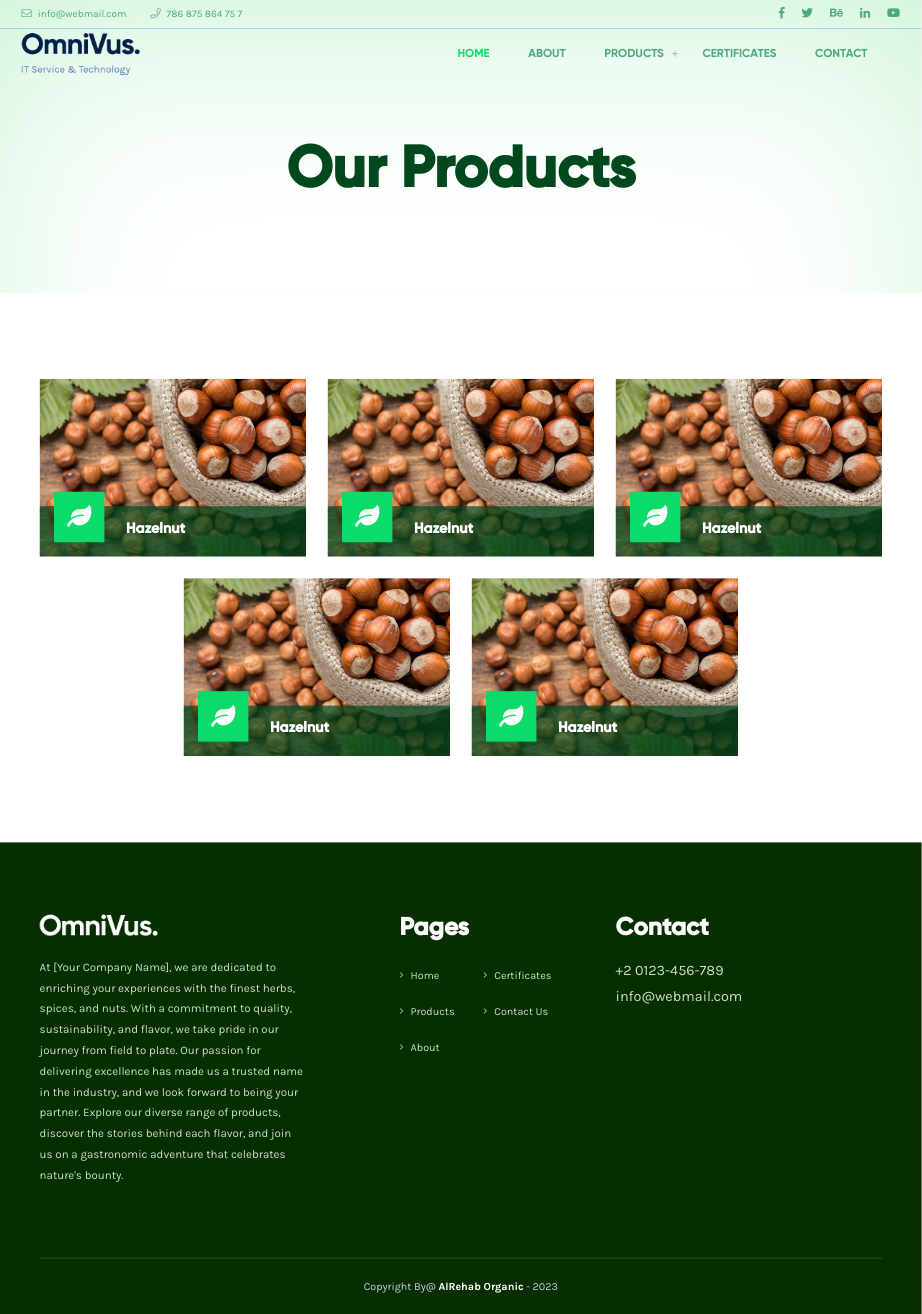
Repository: ziadmoh/alrehab-organic
Page: products.html
The author's editor kept a copy of each file at every save. The page is drawn from the files as they stood at one save, then again after the next save.
The browser window is 1280 px wide. The pictures show the whole page, at 72% of full size.
The style sheet was rebuilt from its Sass, Less or Tailwind sources for each picture, by a compiler version that may differ from the author's.

Above is the page before, as saved 2023-09-26 12:17:34.

### products.html
<!DOCTYPE html>
<html lang="zxx">

<head>
    <!--====== Required meta tags ======-->
    <meta charset="utf-8" />
    <meta http-equiv="x-ua-compatible" content="ie=edge" />
    <meta name="description" content="" />
    <meta name="viewport" content="width=device-width, initial-scale=1, shrink-to-fit=no" />

    <!--====== Title ======-->
    <title> Herbs and Spices Exporter | AlRehab Organic </title>
    <!--====== Favicon Icon ======-->
    <link rel="shortcut icon" href="assets/img/favicon.ico" type="img/png" />
    <!--====== Bootstrap css ======-->
    <link rel="stylesheet" href="assets/css/bootstrap.min.css" />
    <!--====== Slick Slider ======-->
    <link rel="stylesheet" href="assets/css/slick.css" />
    <!--====== Magnific ======-->
    <link rel="stylesheet" href="assets/css/magnific-popup.css" />
    <!--====== Animate CSS ======-->
    <link rel="stylesheet" href="assets/css/animate.min.css" />
    <!--====== Font Awesome ======-->
    <link rel="stylesheet" href="assets/css/font-awesome.min.css" />
    <!--====== Main Css ======-->
    <link rel="stylesheet" href="assets/css/style.css" />
</head>

<body>
    <!--====== Preloader Start ======-->
    <div id="preloader">
        <div class="loader-cubes">
            <div class="loader-cube1 loader-cube"></div>
            <div class="loader-cube2 loader-cube"></div>
            <div class="loader-cube4 loader-cube"></div>
            <div class="loader-cube3 loader-cube"></div>
        </div>
    </div>
    <!--====== Preloader End ======-->

    <!--====== Header Part Start ======-->
    <header class="header-two header-full-width sticky-header">
        <div class="header-topbar d-none d-sm-block">
            <div class="container-fluid">
                <div class="row align-items-center justify-content-between">
                    <div class="col-sm-auto col-12">
                        <ul class="contact-info text-center">
                            <li><a href="#"><i class="fal fa-envelope"></i> info@webmail.com</a></li>
                            <li><a href="#"><i class="fal fa-phone"></i> 786 875 864 75 7</a></li>
                        </ul>
                    </div>
                    <div class="col-sm-auto col-12">
                        <div class="social-icon text-center">
                            <ul>
                                <li><a href="#"><i class="fab fa-facebook-f"></i></a></li>
                                <li><a href="#"><i class="fab fa-twitter"></i></a></li>
                                <li><a href="#"><i class="fab fa-behance"></i></a></li>
                                <li><a href="#"><i class="fab fa-linkedin-in"></i></a></li>
                                <li><a href="#"><i class="fab fa-youtube"></i></a></li>
                            </ul>
                        </div>
                    </div>
                </div>
            </div>
        </div>
        <div class="header-navigation">
            <div class="container-fluid d-flex align-items-center justify-content-between">
                <div class="header-left">
                    <div class="site-logo">
                        <a href="index.html"><img src="assets/img/logo-2.png" alt="Omnivus"></a>
                    </div>
                </div>
                <div class="header-right d-flex align-items-center justify-content-end">
                    <div class="site-nav-menu">
                        <ul class="primary-menu">
                            <li class="current">
                                <a class="nav-link" href="index-3.html">Home</a>

                            </li>
                            <li>
                                <a class="nav-link" href="about.html">About</a>
                            </li>
                            <li>
                                <a href="#">Products</a>
                                <ul class="submenu">
                                    <li><a href="nuts.html">Nuts</a></li>
                                    <li><a href="herbs.html">Herbs</a></li>
                                    <li><a href="spices.html">Spices</a></li>
                                    <!-- <li><a href="products-details.html">Services Details</a></li> -->
                                </ul>
                            </li>

                            <li>
                                <a class="nav-link" href="certificates.html">Certificates</a>
                            </li>
                            <li>
                                <a href="contact.html">Contact</a>
                            </li>
                        </ul>
                        <a href="#" class="nav-close"><i class="fal fa-times"></i></a>
                    </div>
                    <div class="header-extra d-flex align-items-center">
                        <div class="nav-toggler">
                            <span></span><span></span><span></span>
                        </div>
                    </div>
                </div>

            </div>
        </div>
    </header>
    <!--====== Header Part End ======-->

    <!--====== Page Title start ======-->
    <section class="page-title-area">
        <div class="container">
            <h2 class="title">Our Products</h2>
        </div>
    </section>
    <!--====== Page Title End ======-->

    <!--====== Service Section Start ======-->
    <section class="service-section-two section-gap-top pb-90">
        <div class="container">
            <div class="row service-items justify-content-center">
                <div class="col-lg-4 col-md-6 col-sm-8">
                    <div class="service-item-eight mb-30">
                        <div class="service-img">
                            <img src="assets/img/products/hazelnut.jpg" alt="Image">
                        </div>
                        <div class="services-overlay">
                            <div class="icon"><i class="fas fa-leaf"></i></div>
                            <h4 class="title"><a href="#">Hazelnut</a></h4>
                            <p>Lorem ipsum dolor sit amet consectetur adipisicing elit. Debitis harum tenetur eligendi explicabo, natus excepturi.</p>
                        </div>
                    </div>
                </div>
                <div class="col-lg-4 col-md-6 col-sm-8">
                    <div class="service-item-eight mb-30">
                        <div class="service-img">
                            <img src="assets/img/products/hazelnut.jpg" alt="Image">
                        </div>
                        <div class="services-overlay">
                            <div class="icon"><i class="fas fa-leaf"></i></div>
                            <h4 class="title"><a href="#">Hazelnut</a></h4>
                            <p>Lorem ipsum dolor sit amet consectetur adipisicing elit. Debitis harum tenetur eligendi explicabo, natus excepturi.</p>
                        </div>
                    </div>
                </div>
                <div class="col-lg-4 col-md-6 col-sm-8">
                    <div class="service-item-eight mb-30">
                        <div class="service-img">
                            <img src="assets/img/products/hazelnut.jpg" alt="Image">
                        </div>
                        <div class="services-overlay">
                            <div class="icon"><i class="fas fa-leaf"></i></div>
                            <h4 class="title"><a href="#">Hazelnut</a></h4>
                            <p>Lorem ipsum dolor sit amet consectetur adipisicing elit. Debitis harum tenetur eligendi explicabo, natus excepturi.</p>
                        </div>
                    </div>
                </div>
                <div class="col-lg-4 col-md-6 col-sm-8">
                    <div class="service-item-eight mb-30">
                        <div class="service-img">
                            <img src="assets/img/products/hazelnut.jpg" alt="Image">
                        </div>
                        <div class="services-overlay">
                            <div class="icon"><i class="fas fa-leaf"></i></div>
                            <h4 class="title"><a href="#">Hazelnut</a></h4>
                            <p>Lorem ipsum dolor sit amet consectetur adipisicing elit. Debitis harum tenetur eligendi explicabo, natus excepturi.</p>
                        </div>
                    </div>
                </div>
                <div class="col-lg-4 col-md-6 col-sm-8">
                    <div class="service-item-eight mb-30">
                        <div class="service-img">
                            <img src="assets/img/products/hazelnut.jpg" alt="Image">
                        </div>
                        <div class="services-overlay">
                            <div class="icon"><i class="fas fa-leaf"></i></div>
                            <h4 class="title"><a href="#">Hazelnut</a></h4>
                            <p>Lorem ipsum dolor sit amet consectetur adipisicing elit. Debitis harum tenetur eligendi explicabo, natus excepturi.</p>
                        </div>
                    </div>
                </div>

            </div>
        </div>
    </section>
    <!--====== Service Section End ======-->


    <!--====== Back to top start ======-->
    <div class="back-to-top">
        <a href="#"> <i class="fas fa-arrow-up"></i> </a>
    </div>
    <!--====== Back to top start ======-->

    <!--====== Footer PART START ======-->
    <footer class="footer-area">
        <div class="container">
            <div class="row footer-widgets">
                <div class="col-lg-4 col-md-6 col-md-7">
                    <div class="widget about-widget">
                        <div class="logo">
                            <img src="assets/img/logo-1.1.png" alt="">
                        </div>
                        <p>At [Your Company Name], we are dedicated to enriching your experiences with the finest herbs, spices, and nuts. With a commitment to quality, sustainability, and flavor, we take pride in our journey from field to plate. Our passion for delivering excellence has made us a trusted name in the industry, and we look forward to being your partner. Explore our diverse range of products, discover the stories behind each flavor, and join us on a gastronomic adventure that celebrates nature's bounty.</p>

                    </div>
                </div>
                <div class="col-lg-3 col-md-6 offset-xl-1">
                    <div class="widget nav-widget">
                        <h4 class="widget-title">Pages</h4>
                        <div class="footer-list">
                            <ul>
                                <li><a href="index.html"><i class="fal fa-angle-right"></i> Home</a></li>
                                <li><a href="products.html"><i class="fal fa-angle-right"></i> Products</a></li>
                                <li><a href="about.html"><i class="fal fa-angle-right"></i> About</a></li>

                            </ul>
                            <ul>
                                <li><a href="certificates.html"><i class="fal fa-angle-right"></i> Certificates</a></li>
                                <li><a href="contact.html"><i class="fal fa-angle-right"></i> Contact Us</a></li>

                            </ul>
                        </div>
                    </div>
                </div>
                <div class="col-lg-4 col-md-6 col-md-6">
                    <div class="widget contact-widget">
                        <h4 class="widget-title">Contact</h4>
                        <ul>

                            <li>+2 0123-456-789</li>
                            <li>info@webmail.com</li>
                        </ul>
                    </div>
                </div>
            </div>
            <div class="footer-copyright">
                <p>Copyright By@ <a href="#">AlRehab Organic</a> - 2023</p>
            </div>
        </div>
    </footer>
    <!--====== Footer PART ENDS ======-->

    <!--====== Jquery ======-->
    <script src="assets/js/jquery-1.12.4.min.js"></script>
    <!--====== Bootstrap ======-->
    <script src="assets/js/bootstrap.bundle.min.js"></script>
    <!--====== Slick slider ======-->
    <script src="assets/js/slick.min.js"></script>
    <!--====== Magnific ======-->
    <script src="assets/js/jquery.magnific-popup.min.js"></script>
    <!--====== Isotope ======-->
    <script src="assets/js/isotope.pkgd.min.js"></script>
    <!--====== Imagesloaded ======-->
    <script src="assets/js/imagesloaded.pkgd.min.js"></script>
    <!--====== Inview ======-->
    <script src="assets/js/jquery.inview.min.js"></script>
    <!--====== Easy Pie Chart ======-->
    <script src="assets/js/jquery.easypiechart.min.js"></script>
    <!--====== Syotimer ======-->
    <script src="assets/js/jquery.syotimer.min.js"></script>
    <!--====== Wow ======-->
    <script src="assets/js/wow.min.js"></script>
    <!--====== Main JS ======-->
    <script src="assets/js/main.js"></script>
</body>

</html>

### assets/scss/style.scss
/*-----------------------------------------------------------------------------------
    Template Name: Omnivus - IT Solutions & Digital Services HTML5 Template
    Template URI: https://webtend.net/demo/html/omnivus/
    Author: WebTend
    Author URI:  https://webtend.net/
    Version: 1.0

    Note: This is Main Style Scss File.
-----------------------------------------------------------------------------------
	CSS INDEX
	===================
    01. Common
    02. Header
    03. Banner
    04. Service
    05. Feature
    05. Portdolio
    07. Counter
    08. Team
    09. Testimonial
    10. Call to action
    11. Latest Post
    12. About
    13. Why Choose
    14. Contact
    15. Intro Video
    16. Accordion
    17. history
    18. Brand
    19. Page title
    20. Shop
    21. Blog
    22. Pricing
    23. Tile Gallery
    24. Comming Soon
    25. Privacy
-----------------------------------------------------------------------------------*/

@import "variables";
@import "common";
@import "header";
@import "banner";
@import "service";
@import "feature";
@import "portfolio";
@import "counter";
@import "team";
@import "testimonial";
@import "cta";
@import "latest-news";
@import "about";
@import "why-choose";
@import "contact";
@import "intro-video";
@import "accordion";
@import "history";
@import "brand";
@import "footer";
@import "page-title";
@import "shop";
@import "blog";
@import "pricing";
@import "tile-gallery";
@import "coming-soon";
@import "privacy";

### assets/scss/_brand.scss
/*=======  Brand Slider  =======*/
.brand-slider {
    .brand-item {
        text-align: center;

        a {
            opacity: 0.2;

            &:hover {
                opacity: 1;
            }
        }

        &.full-opacity a{
            opacity: 1;
        }
    }

    .slick-track {
        display: flex;
        align-items: center;
    }
}

### assets/scss/_page-title.scss
/*=======  Page Title  =======*/
.page-title-area {
    background: #a9ecbb96;
    position: relative;
    z-index: 1;
    text-align: center;
    padding-top: 190px;
    padding-bottom: 110px;

    @include respond-below(sm) {
        padding-top: 180px;
    }

    &::before {
        position: absolute;
        content: "";
        top: 0;
        left: 0;
        width: 100%;
        height: 100%;
        background-image: url(../img/banner/banner-gradient-bg-2.png);
        background-repeat: no-repeat;
        background-size: cover;
        background-position: center;
        z-index: -1;
    }

    .title {
        font-size: 80px;
        margin-bottom: 10px;

        @include respond-below(lg) {
            font-size: 62px;
        }

        @include respond-below(sm) {
            font-size: 38px;
        }
    }

    .breadcrumb-nav {
        display: flex;
        justify-content: center;

        li {
            font-size: 24px;
            font-weight: 700;
            position: relative;
            line-height: 1;

            @include respond-below(sm) {
                font-size: 18px;
            }

            &:not(:last-child) {
                &::after {
                    content: "|";
                    margin: 0 8px;
                }
            }

            &,
            a {
                color: #69a1bb;
            }
        }
    }
}

### assets/scss/_privacy.scss
/*=======  Privacy  =======*/
.privacy-area {
    .content-box {
        padding-bottom: 25px;
        border-bottom: 1px solid $border-color;
        color: $text-color-2;

        &:last-child {
            border-bottom: none;
        }

        h2 {
            margin-bottom: 20px;
        }

        h4 {
            max-width: 80%;
            margin-bottom: 15px;
        }

        p {
            margin-bottom: 20px;
        }

        ul.list {
            margin-top: 15px;

            li {
                position: relative;
                padding-left: 20px;
                padding-bottom: 15px;
                line-height: 20px;

                &:before {
                    position: absolute;
                    top: 5px;
                    left: 0;
                    width: 10px;
                    height: 10px;
                    border-radius: 10px;
                    background: $secondary-color;
                    content: "";
                }
            }
        }
    }
}

Loaded but not shown: assets/css/bootstrap.min.css (library); assets/css/slick.css (common file); assets/css/magnific-popup.css (library); assets/css/animate.min.css (library); assets/css/font-awesome.min.css (library); assets/js/jquery-1.12.4.min.js (library); assets/js/bootstrap.bundle.min.js (library); assets/js/slick.min.js (library); assets/js/jquery.magnific-popup.min.js (library); assets/js/isotope.pkgd.min.js (library); assets/js/imagesloaded.pkgd.min.js (library); assets/js/jquery.inview.min.js (common file); assets/js/jquery.easypiechart.min.js (library); assets/js/jquery.syotimer.min.js (library); assets/js/wow.min.js (library); assets/js/main.js (629 lines, source omitted); assets/scss/_blog.scss (1050 lines, source omitted); assets/scss/_header.scss (781 lines, source omitted); assets/scss/_service.scss (849 lines, source omitted); assets/scss/_banner.scss (727 lines, source omitted); assets/scss/_common.scss (1101 lines, source omitted); assets/scss/_shop.scss (765 lines, source omitted); assets/scss/_portfolio.scss (552 lines, source omitted); assets/scss/_team.scss (422 lines, source omitted); assets/scss/_accordion.scss (320 lines, source omitted); assets/scss/_feature.scss (328 lines, source omitted); assets/scss/_intro-video.scss (289 lines, source omitted); assets/scss/_counter.scss (327 lines, source omitted); assets/scss/_latest-news.scss (316 lines, source omitted); assets/scss/_cta.scss (275 lines, source omitted); assets/scss/_contact.scss (280 lines, source omitted); assets/scss/_about.scss (261 lines, source omitted); assets/scss/_footer.scss (239 lines, source omitted); assets/scss/_history.scss (164 lines, source omitted); assets/scss/_coming-soon.scss (136 lines, source omitted); assets/scss/_testimonial.scss (143 lines, source omitted); assets/scss/_variables.scss (120 lines, source omitted); assets/scss/_pricing.scss (147 lines, source omitted); assets/scss/_why-choose.scss (109 lines, source omitted); assets/scss/_tile-gallery.scss (119 lines, source omitted)

After the next save:
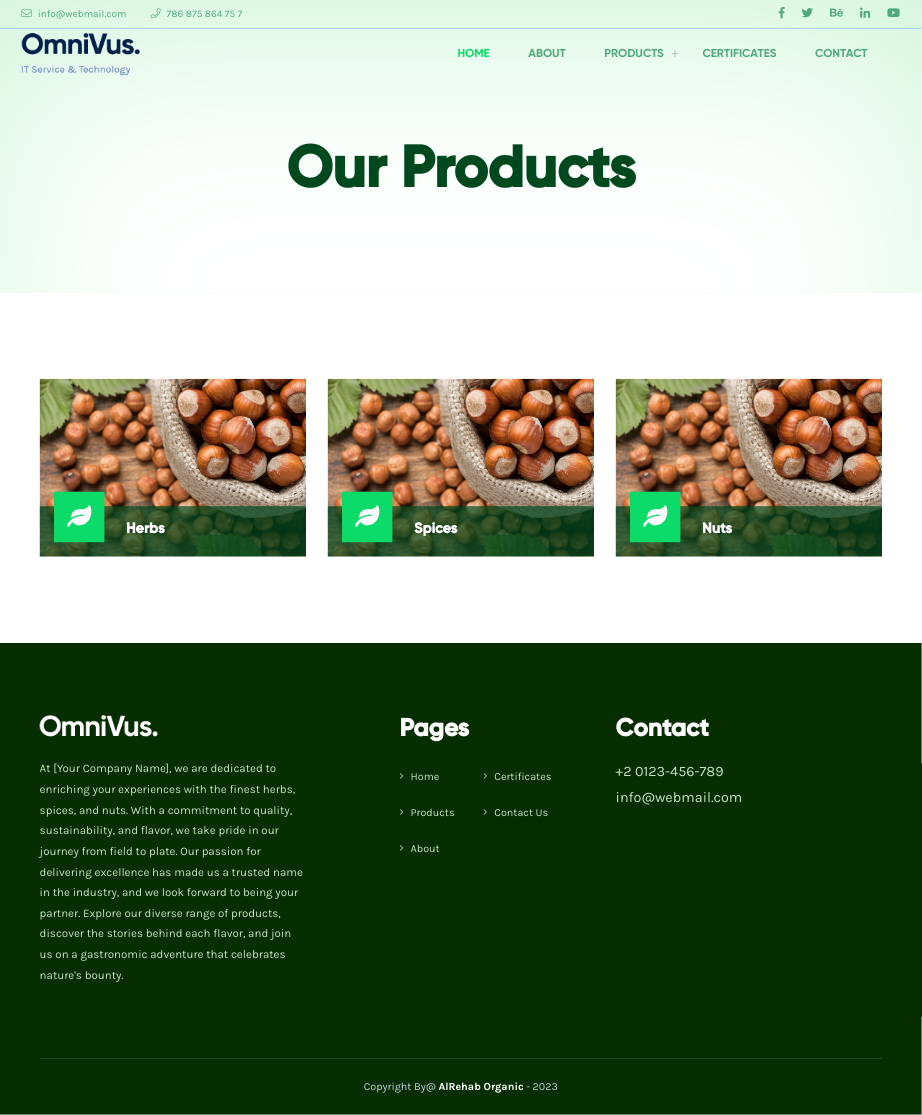
Saved 46 s later.
--- a/products.html
+++ b/products.html
@@ -130,7 +130,7 @@
                         </div>
                         <div class="services-overlay">
                             <div class="icon"><i class="fas fa-leaf"></i></div>
-                            <h4 class="title"><a href="#">Hazelnut</a></h4>
+                            <h4 class="title"><a href="herbs.html">Herbs</a></h4>
                             <p>Lorem ipsum dolor sit amet consectetur adipisicing elit. Debitis harum tenetur eligendi explicabo, natus excepturi.</p>
                         </div>
                     </div>
@@ -142,7 +142,7 @@
                         </div>
                         <div class="services-overlay">
                             <div class="icon"><i class="fas fa-leaf"></i></div>
-                            <h4 class="title"><a href="#">Hazelnut</a></h4>
+                            <h4 class="title"><a href="spices.html">Spices</a></h4>
                             <p>Lorem ipsum dolor sit amet consectetur adipisicing elit. Debitis harum tenetur eligendi explicabo, natus excepturi.</p>
                         </div>
                     </div>
@@ -154,35 +154,12 @@
                         </div>
                         <div class="services-overlay">
                             <div class="icon"><i class="fas fa-leaf"></i></div>
-                            <h4 class="title"><a href="#">Hazelnut</a></h4>
+                            <h4 class="title"><a href="nuts.html">Nuts</a></h4>
                             <p>Lorem ipsum dolor sit amet consectetur adipisicing elit. Debitis harum tenetur eligendi explicabo, natus excepturi.</p>
                         </div>
                     </div>
                 </div>
-                <div class="col-lg-4 col-md-6 col-sm-8">
-                    <div class="service-item-eight mb-30">
-                        <div class="service-img">
-                            <img src="assets/img/products/hazelnut.jpg" alt="Image">
-                        </div>
-                        <div class="services-overlay">
-                            <div class="icon"><i class="fas fa-leaf"></i></div>
-                            <h4 class="title"><a href="#">Hazelnut</a></h4>
-                            <p>Lorem ipsum dolor sit amet consectetur adipisicing elit. Debitis harum tenetur eligendi explicabo, natus excepturi.</p>
-                        </div>
-                    </div>
-                </div>
-                <div class="col-lg-4 col-md-6 col-sm-8">
-                    <div class="service-item-eight mb-30">
-                        <div class="service-img">
-                            <img src="assets/img/products/hazelnut.jpg" alt="Image">
-                        </div>
-                        <div class="services-overlay">
-                            <div class="icon"><i class="fas fa-leaf"></i></div>
-                            <h4 class="title"><a href="#">Hazelnut</a></h4>
-                            <p>Lorem ipsum dolor sit amet consectetur adipisicing elit. Debitis harum tenetur eligendi explicabo, natus excepturi.</p>
-                        </div>
-                    </div>
-                </div>
+
 
             </div>
         </div>
